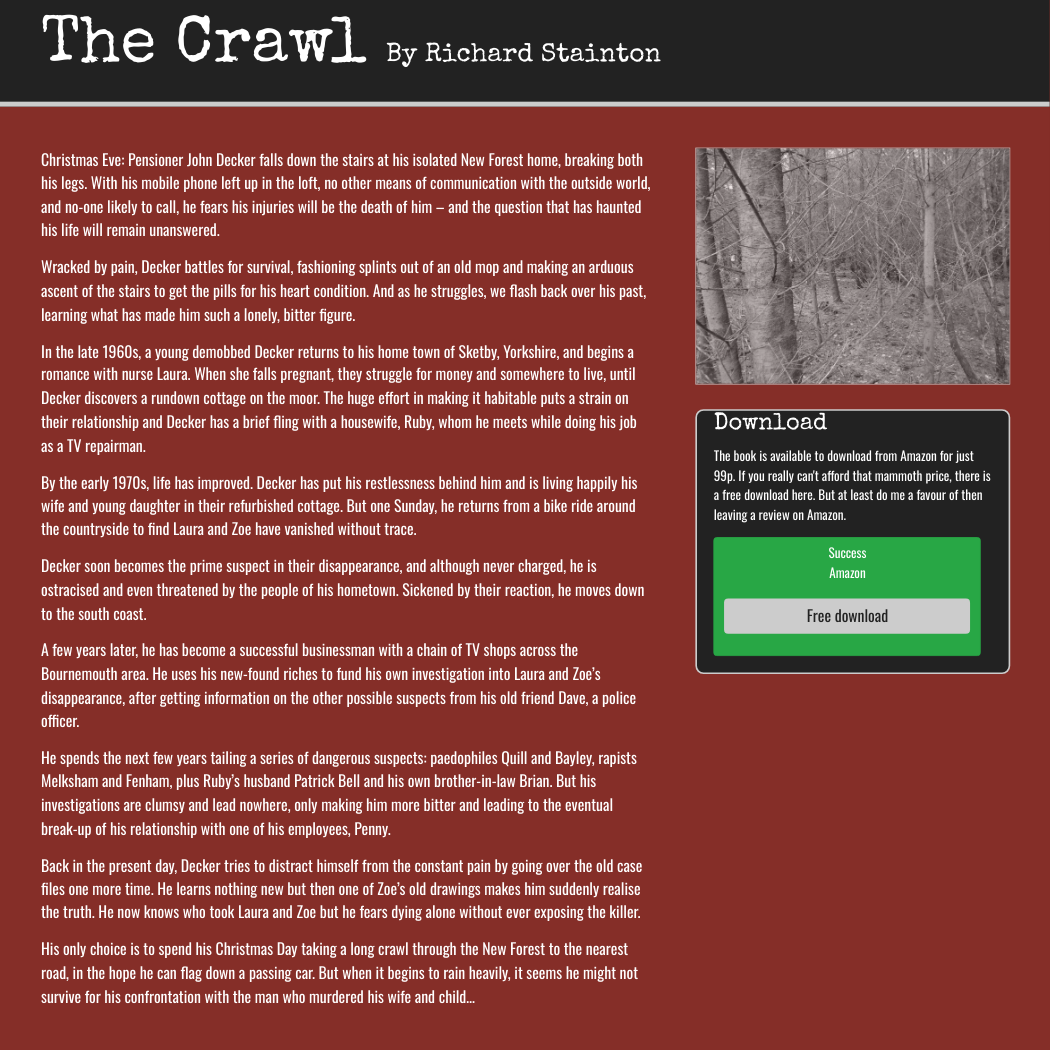
Repository: Domehead123/crawl
Page: index.html
The author's editor kept a record of every edit. The page is drawn from the files as they stood at one moment, then again after the next edit.
The browser window is 1280 px wide. The pictures show the whole page, at 82% of full size.

Above is the page before.

After the next edit:
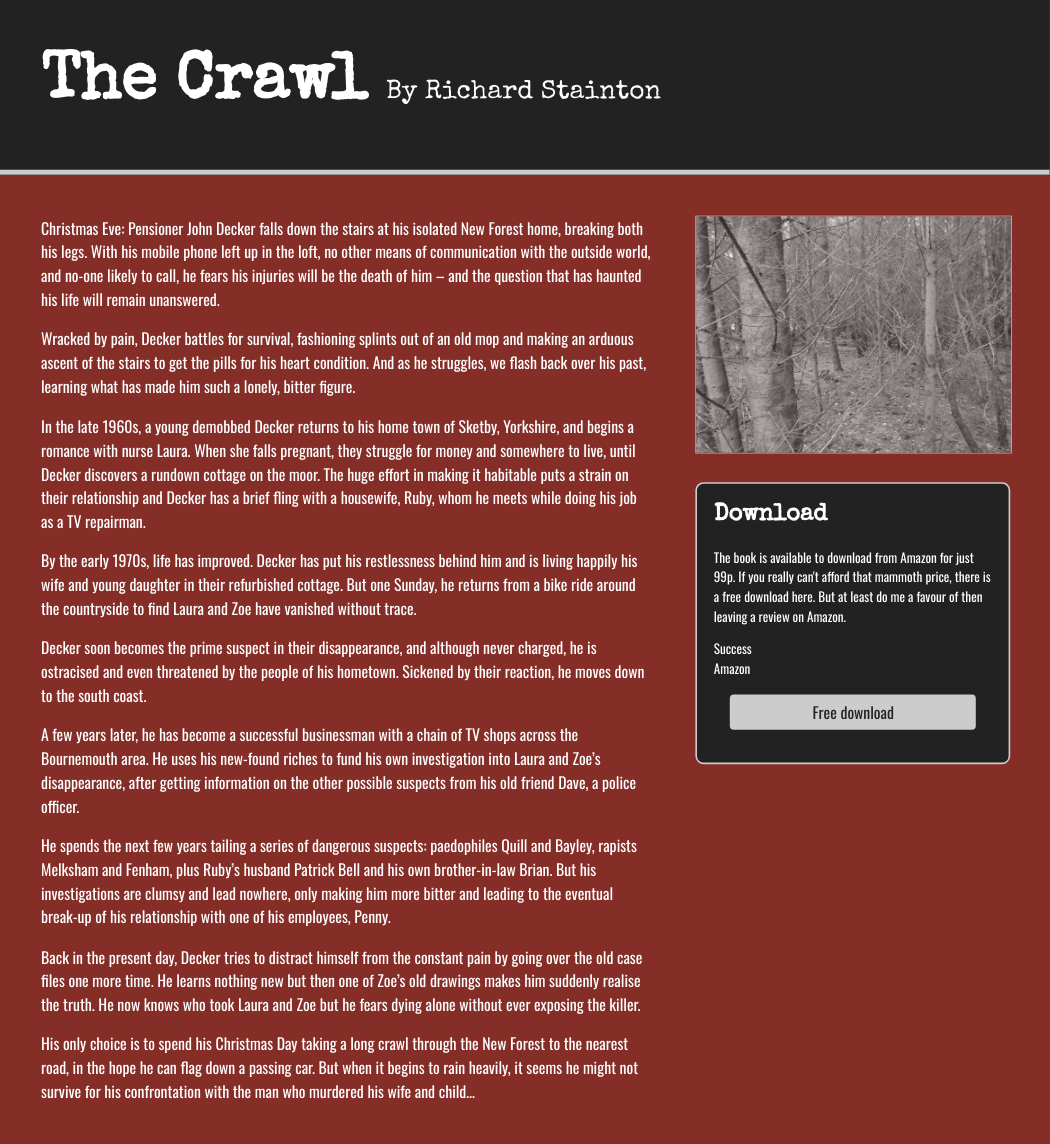
The edit:
--- a/index.html
+++ b/index.html
@@ -4,7 +4,6 @@
     <meta charset="UTF-8">
     <meta name="viewport" content="width=device-width, initial-scale=1.0">
     <meta http-equiv="X-UA-Compatible" content="ie=edge">
-    <link rel="stylesheet" href="https://stackpath.bootstrapcdn.com/bootstrap/4.4.1/css/bootstrap.min.css" integrity="sha384-Vkoo8x4CGsO3+Hhxv8T/Q5PaXtkKtu6ug5TOeNV6gBiFeWPGFN9MuhOf23Q9Ifjh" crossorigin="anonymous">
     <link href="https://fonts.googleapis.com/css?family=Oswald|Special+Elite&display=swap" rel="stylesheet">
     <link rel="stylesheet" href="assets/css/style.css" type="text/css" />
     <title>The Crawl</title>
